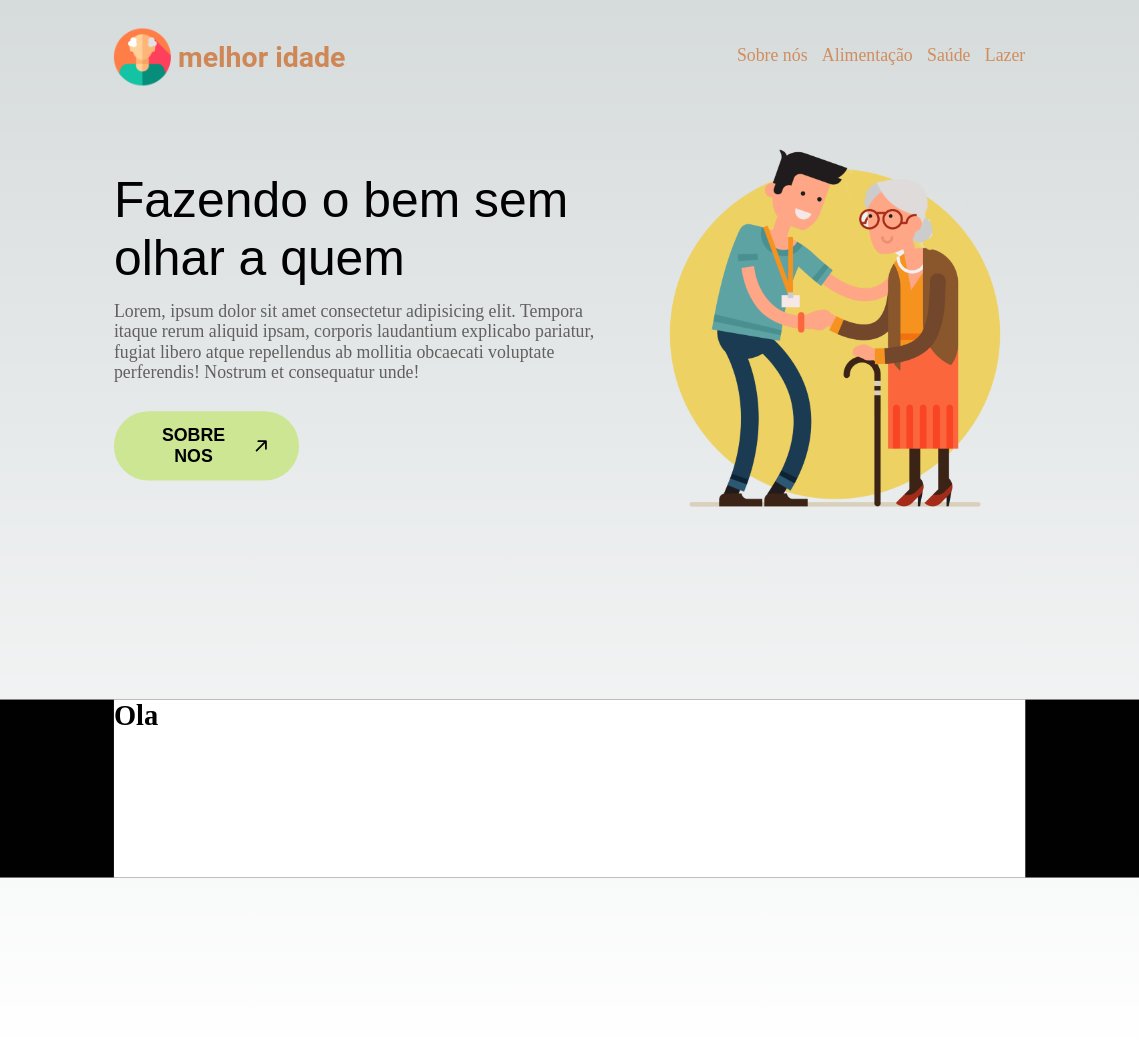
Repository: Giopol12/melhor-idade-online
Page: /index.page
The author's editor kept a copy of each file at every save. The page is drawn from the files as they stood at one save, then again after the next save.
The browser window is 1280 px wide. The pictures show the whole page, at 89% of full size.
The project was rebuilt for these pictures with package versions that can differ from the ones it lists, and the page was loaded fresh each time. The framework's server and built-in components were replaced by stand-ins that run in the browser. Also part of the build but not shown: next.config.js.

Above is the page before, as saved 2023-11-21 10:11:28.

### src/pages/home/index.tsx
import { Header } from '@/components/Header'
import { Container } from './styles'
import { HomeMain } from './HomeMain'
import Image from 'next/image'
import img from '@/../assets/img.jpg'
import { OurMission } from '@/components/OurMission'
export default function Home() {
  return (
    <Container>
      <Header />
      <HomeMain />
      <OurMission></OurMission>
    </Container>
  )
}

### src/components/Header/index.tsx
import Image from 'next/image'
import { HeaderContainer, LogoContainer, NavContainer } from './styles'

import logo2 from '../../../assets/logo2.png'
import Link from 'next/link'

export function Header() {
  return (
    <HeaderContainer>
      <LogoContainer href="/">
        <Image src={logo2} width={64} alt="logo" quality={100} />
        <strong>melhor idade</strong>
      </LogoContainer>

      <NavContainer>
        <Link href={'/nutrition'}>Sobre nós</Link>
        <Link href="/">Alimentação</Link>
        <Link href="/">Saúde</Link>
        <Link href="/">Lazer</Link>
      </NavContainer>
    </HeaderContainer>
  )
}

### src/pages/home/styles.ts
import { styled } from '@/styles'

export const Container = styled('div', {
  maxWidth: '1440px',
  margin: '0 auto',
})

### src/pages/home/HomeMain/index.tsx
import Image from 'next/image'
import { ContentContainer, HomeMainContainer } from './styles'

import mainImg from '../../../../assets/main-image.png'
import { ArrowUpRight } from '@phosphor-icons/react'

export function HomeMain() {
  return (
    <HomeMainContainer>
      <ContentContainer>
        <h1>Fazendo o bem sem olhar a quem</h1>
        <p>
          Lorem, ipsum dolor sit amet consectetur adipisicing elit. Tempora
          itaque rerum aliquid ipsam, corporis laudantium explicabo pariatur,
          fugiat libero atque repellendus ab mollitia obcaecati voluptate
          perferendis! Nostrum et consequatur unde!
        </p>
        <button>
          <span>SOBRE NOS</span>
          <ArrowUpRight size={22} weight="bold" />
        </button>
      </ContentContainer>
      <Image src={mainImg} width={450} alt="" />
    </HomeMainContainer>
  )
}

### src/components/OurMission/index.tsx
import { OurMissionContainer, OurMissionContentContainer } from './styles'

export function OurMission() {
  return (
    <OurMissionContainer>
      <OurMissionContentContainer>
        <h1>Ola</h1>
      </OurMissionContentContainer>
    </OurMissionContainer>
  )
}

### src/components/Header/styles.ts
import { styled } from '@/styles'
import Link from 'next/link'

export const HeaderContainer = styled('header', {
  maxWidth: 1024,
  margin: '2rem auto',
  display: 'flex',
  justifyContent: 'space-between',
  alignItems: 'center',
})
export const LogoContainer = styled(Link, {
  fontFamily: 'Roboto, sans-serif',
  display: 'flex',
  alignItems: 'center',
  gap: '0.5rem',
  fontWeight: 900,
  fontSize: '2rem',
  textDecoration: 'none',
  color: '$beije500',
})
export const NavContainer = styled('div', {
  display: 'flex',
  gap: '1rem',
  a: {
    textDecoration: 'none',
    color: '$beije400',
    fontSize: '$lg',
    borderBottom: '3px solid transparent',
    '&:hover': {
      borderBottom: '3px solid $beije500',
    },
  },
})

### src/styles/index.ts
import { createStitches } from '@stitches/react'
export const {
  config,
  createTheme,
  css,
  getCssText,
  globalCss,
  keyframes,
  prefix,
  reset,
  styled,
  theme,
} = createStitches({
  theme: {
    colors: {
      white: '#FFF',

      beije100: '#FFFBF4',
      beije400: '#D18D5E',
      beije500: '#CE8755',
      gray500: '#61605F',
      gray700: '#21201F',
      gray900: '#010101',
      green100: '#CDE693',
    },

    fontSizes: {
      md: '1.125rem',
      lg: '1.25rem',
      xl: '1.5rem',
      '2xl': '2rem',
    },
  },
})

### src/pages/home/HomeMain/styles.ts
import { styled } from '@/styles'

export const HomeMainContainer = styled('main', {
  maxWidth: 1024,
  margin: '3rem auto',
  display: 'flex',
  justifyContent: 'space-between',
})
export const ContentContainer = styled('div', {
  marginTop: '3rem',
  display: 'flex',
  flexDirection: 'column',

  flex: 1,
  gap: '1rem',
  paddingRight: '1.5rem',
  h1: {
    fontSize: '3.5rem',
    color: '$gray900',
    fontFamily: 'Lobster, sans-serif;',
    fontWeight: '400',
  },
  p: {
    fontSize: '$lg',
    color: '$gray500',
  },
  button: {
    marginTop: '1rem',
    display: 'flex',
    justifyContent: 'center',
    gap: '0.5rem',
    alignItems: 'center',
    boxSizing: 'initial',
    fontWeight: 'bold',
    width: '9rem',
    fontSize: '$lg',
    background: '$green100',
    border: 0,
    borderRadius: '9999px',
    padding: '1rem 2rem',
    '&:hover': {
      filter: 'brightness(0.8)',
      cursor: 'pointer',
    },
  },
})

### src/components/OurMission/styles.ts
import { styled } from '@/styles'

export const OurMissionContainer = styled('div', {
  margin: '12rem auto',
  background: '$gray900',
})
export const OurMissionContentContainer = styled('div', {
  maxWidth: 1024,
  background: '$white',
  margin: '7.5rem auto',
  height: 200,
})

Loaded but not shown: src/pages/_app.tsx (common file); src/pages/_document.tsx (common file); src/pages/index.page.tsx (common file); src/styles/globals.css (common file)

After the next save:
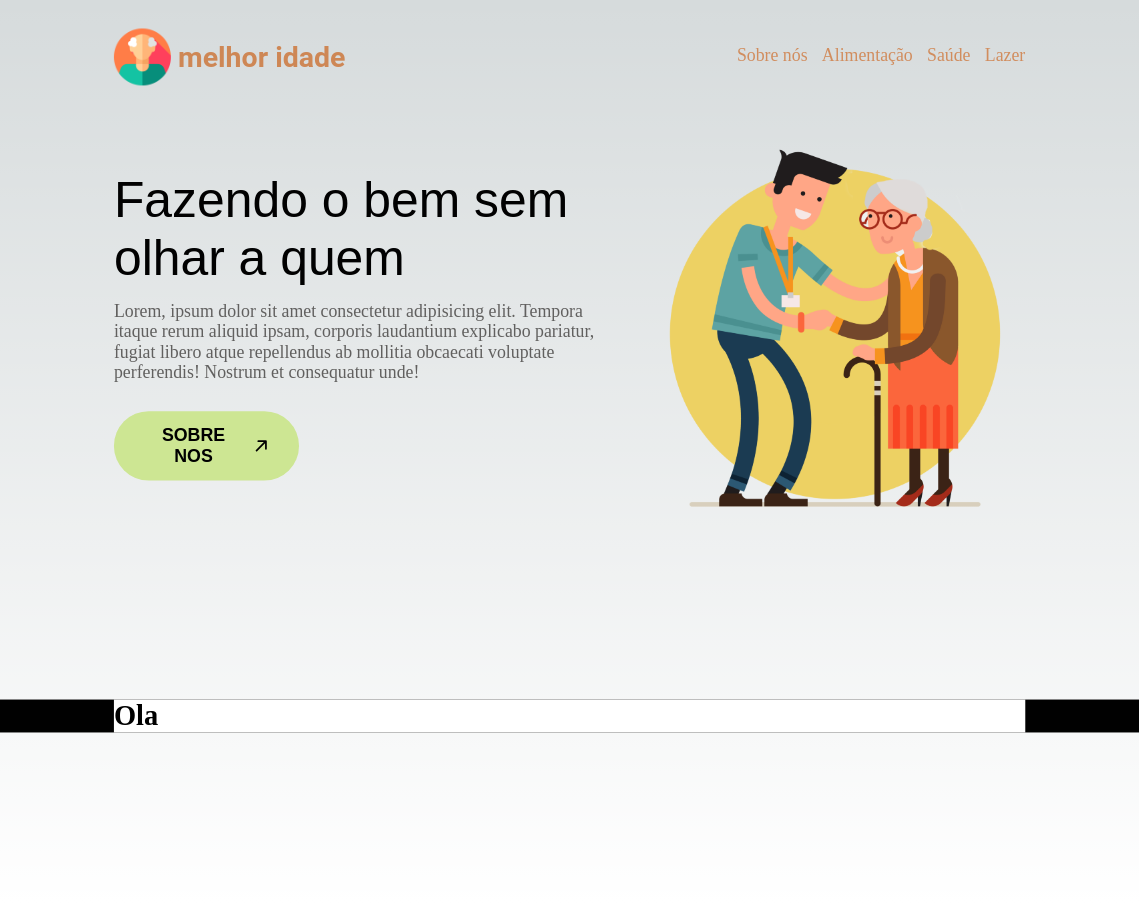
Saved 9 s later.
--- a/src/components/OurMission/styles.ts
+++ b/src/components/OurMission/styles.ts
@@ -8,5 +8,4 @@ export const OurMissionContentContainer = styled('div', {
   maxWidth: 1024,
   background: '$white',
   margin: '7.5rem auto',
-  height: 200,
 })
